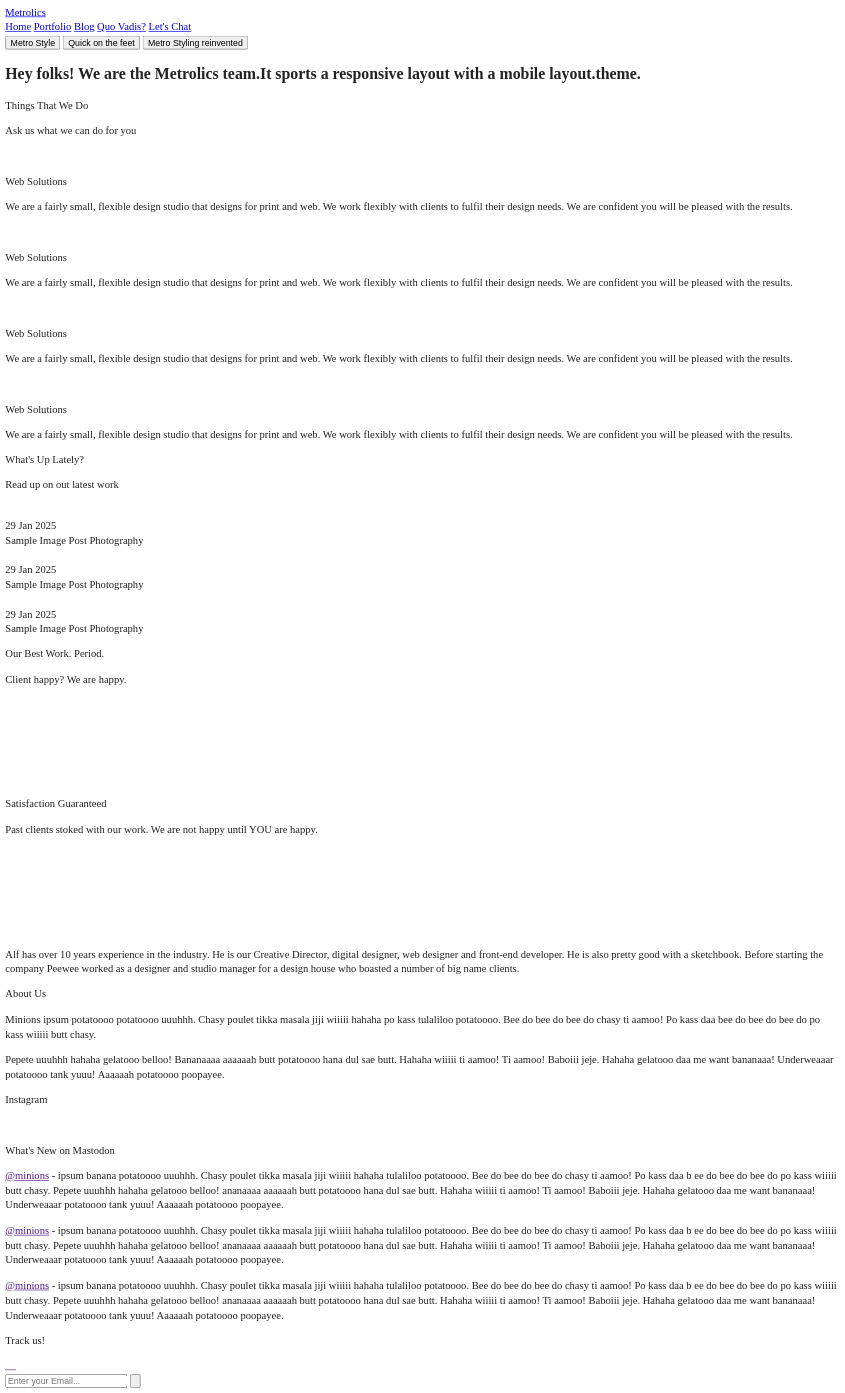
Repository: Angehyy/wk02_site
Page: index.html
These files come from the project's save history. The page is drawn as it stood at one moment and after the next save; the edit follows.
The browser window is 1280 px wide. The pictures show the whole page, at 66% of full size.

Above is the page before, as saved 2025-01-20 20:53:54.

### index.html
<!doctype html>
<html class="no-js" lang="">

<head>
  <meta charset="utf-8">
  <meta name="viewport" content="width=device-width, initial-scale=1">
  <title>Metrolics</title>
  <link rel="stylesheet" href="css/style.css">
  <meta name="description" content="Learn about Metrolics">

  <meta property="og:title" content="">
  <meta property="og:type" content="">
  <meta property="og:url" content="">
  <meta property="og:image" content="">
  <meta property="og:image:alt" content="">

  <link rel="icon" href="/favicon.ico" sizes="any">
  <link rel="icon" href="/icon.svg" type="image/svg+xml">
  <link rel="apple-touch-icon" href="icon.png">

  <link rel="manifest" href="site.webmanifest">
  <meta name="theme-color" content="#fafafa">
</head>

<body>
  <header>
    <div class="header">
      <a href="#default" class="">Metrolics</a>
      <div class="header-right">
        <a href="#home" class="header-home">Home</a>
        <a href="#portfolio" class="header-portfolio">Portfolio</a>
        <a href="#blog" class="header-blog">Blog</a>
        <a href="#quovadis" class="header-quovalids">Quo Vadis?</a>
        <a href="#chat" class="header-chat">Let's Chat</a>
      </div>
    </div>
  </header>

  <main>
    <div class="img-buttons">
      <button class="button-metro">Metro Style</button>
      <button class="button-quick">Quick on the feet</button>
      <button class="button-reinvented">Metro Styling reinvented</button>
      <img src="" alt="" class="home-banner">
    </div>

    <div class="main-text">
      <h2 class="home-main-text">Hey folks! We are the <span class="highligh">Metrolics</span> team.It sports a responsive layout with a mobile layout.theme.</h2>
    </div>

    <section class="section">
      <p class="section-header">Things That We Do</p>
      <p class="section-subheader">Ask us what we can do for you</p>
    </section>

    <div class="web-solutions-container">
      <div class="item">
        <img class="lightbulb" src="" alt="">
        <p class="lightbulb-caption">Web Solutions</p>
        <p class="lightbulb-description">We are a fairly small, flexible design studio that designs for print and web. We work flexibly with clients to fulfil their design needs. We are confident you will be pleased with the results.</p>
      </div>

      <div class="item">
        <img src="" alt="" class="camera">
        <p class="camera-caption">Web Solutions</p>
        <p class="camera-description">We are a fairly small, flexible design studio that designs for print and web. We work flexibly with clients to fulfil their design needs. We are confident you will be pleased with the results.</p>
      </div>

      <div class="item">
        <img src="" alt="" class="touch">
        <p class="touch-caption">Web Solutions</p>
        <p class="touch-description">We are a fairly small, flexible design studio that designs for print and web. We work flexibly with clients to fulfil their design needs. We are confident you will be pleased with the results.</p>
      </div>

      <div class="item">
        <img src="" alt="" class="pencil">
        <p class="pencil-caption">Web Solutions</p>
        <p class="pencil-description">We are a fairly small, flexible design studio that designs for print and web. We work flexibly with clients to fulfil their design needs. We are confident you will be pleased with the results.</p>
      </div>
    </div>

    <section class="section">
      <p class="section-header">What's Up Lately?</p>
      <p class="section-subheader">Read up on out latest work</p>
    </section>

    <div class="flex-container-2">
      <div class="event-1">
        <img src="" alt="" class="event-picture">
        <div class="event-top-right">
          <span class="date-top">29</span>
          <span class="month-bottom">Jan 2025</span>
        </div>
        <div class="event-description">
          <span class="event-bottom-header">Sample Image Post</span>
          <span class="event-bottom-subheader">Photography</span>
        </div>
      </div>
      <div class="">
        <img src="" alt="">
        <div class="event-top-right">
          <span class="date-top">29</span>
          <span class="month-bottom">Jan 2025</span>
        </div>
        <div class="event-description">
          <span class="event-bottom-header">Sample Image Post</span>
          <span class="event-bottom-subheader">Photography</span>
        </div>
      </div>
      <div class="">
        <img src="" alt="">
        <div class="event-top-right">
          <span class="date-top">29</span>
          <span class="month-bottom">Jan 2025</span>
        </div>
        <div class="event-description">
          <span class="event-bottom-header">Sample Image Post</span>
          <span class="event-bottom-subheader">Photography</span>
        </div>
      </div>
    </div>

    <section class="section">
      <p class="section-header">Our Best Work. Period.</p>
      <p class="section-subheader">Client happy? We are happy.</p>
    </section>

   <div class="gallary-container">
      <div class="gallary">
        <img src="" alt="" class="gallary">
      </div>
      <div class="gallary">
        <img src="" alt="" class="gallary">
      </div>
      <div class="gallary">
        <img src="" alt="" class="gallary">
      </div>
      <div class="gallary">
        <img src="" alt="" class="gallary">
      </div>
      <div class="gallary">
        <img src="" alt="" class="gallary">
      </div>
      <div class="gallary">
        <img src="" alt="" class="gallary">
      </div>
    </div>

    <section class="section">
      <p class="section-header">Satisfaction Guaranteed</p>
      <p class="section-subheader">Past clients stoked with our work. We are not happy until YOU are happy.</p>
    </section>

    <div class="client-container">
      <div class="client" id="kirita">
        <span class="client-rectangle">
          <img src="" alt="" class="client-logo">
        </span>
      </div>
      <div class="client" id="inkscape">
        <span class="client-rectangle">
          <img src="" alt="" class="client-logo">
        </span>
      </div>
      <div class="client" id="godot">
        <span class="client-rectangle">
          <img src="" alt="" class="client-logo">
        </span>
      </div>
      <div class="client" id="blender">
        <span class="client-rectangle">
          <img src="" alt="" class="client-logo">
        </span>
      </div>
      <div class="client" id="penpot">
        <span class="client-rectangle">
          <img src="" alt="" class="client-logo">
        </span>
      </div>
    </div>

  </main>

  <footer class="footer">
    <section class="profile">
      <span class="profile">
        <img src="" alt="" class="profile-pic">
        <p class="profile-bio">Alf has over 10 years experience in the industry. He is our Creative Director, digital designer, web designer and front-end developer. He is also pretty good with a sketchbook. Before starting the company Peewee worked as a designer and studio manager for a design house who boasted a number of big name clients.</p>
      </span>
    </section>
    <div class="about-us">
      <p class="footer-subheader">About Us</p>
      <p class="footer-text">Minions ipsum potatoooo potatoooo uuuhhh. Chasy poulet tikka masala jiji wiiiii hahaha po kass tulaliloo potatoooo. Bee do bee do bee do chasy ti aamoo! Po kass daa bee do bee do bee do po kass wiiiii butt chasy.</p>

      <p class="footer-text">Pepete uuuhhh hahaha gelatooo belloo! Bananaaaa aaaaaah butt potatoooo hana dul sae butt. Hahaha wiiiii ti aamoo! Ti aamoo! Baboiii jeje. Hahaha gelatooo daa me want bananaaa! Underweaaar potatoooo tank yuuu! Aaaaaah potatoooo poopayee. </p>
    </div>
    <div class="instagram">
      <p class="footer-subheader">Instagram</p>
      <img src="" alt="" class="insta-post">
      <img src="" alt="" class="insta-post">
      <img src="" alt="" class="insta-post">
      <img src="" alt=""class="insta-post">
      <img src="" alt=""class="insta-post">
      <img src="" alt=""class="insta-post">
      <img src="" alt=""class="insta-post">
      <img src="" alt=""class="insta-post">
    </div>

    <div class="mastodon">
      <p class="footer-subheader">What's New on Mastodon</p>
      <p class="footer-text"><a href="" class="mention">@minions</a> - ipsum banana potatoooo uuuhhh. Chasy poulet tikka masala jiji wiiiii hahaha tulaliloo potatoooo. Bee do bee do bee do chasy ti aamoo! Po kass daa b ee do bee do bee do po kass wiiiii butt chasy. Pepete uuuhhh hahaha gelatooo belloo! ananaaaa aaaaaah butt potatoooo hana dul sae butt. Hahaha wiiiii ti aamoo! Ti aamoo! Baboiii jeje. Hahaha gelatooo daa me want bananaaa! Underweaaar potatoooo tank yuuu! Aaaaaah potatoooo poopayee. </p>
      <p class="footer-text"><a href="" class="mention">@minions</a> - ipsum banana potatoooo uuuhhh. Chasy poulet tikka masala jiji wiiiii hahaha tulaliloo potatoooo. Bee do bee do bee do chasy ti aamoo! Po kass daa b ee do bee do bee do po kass wiiiii butt chasy. Pepete uuuhhh hahaha gelatooo belloo! ananaaaa aaaaaah butt potatoooo hana dul sae butt. Hahaha wiiiii ti aamoo! Ti aamoo! Baboiii jeje. Hahaha gelatooo daa me want bananaaa! Underweaaar potatoooo tank yuuu! Aaaaaah potatoooo poopayee. </p>
      <p class="footer-text"><a href="" class="mention">@minions</a> - ipsum banana potatoooo uuuhhh. Chasy poulet tikka masala jiji wiiiii hahaha tulaliloo potatoooo. Bee do bee do bee do chasy ti aamoo! Po kass daa b ee do bee do bee do po kass wiiiii butt chasy. Pepete uuuhhh hahaha gelatooo belloo! ananaaaa aaaaaah butt potatoooo hana dul sae butt. Hahaha wiiiii ti aamoo! Ti aamoo! Baboiii jeje. Hahaha gelatooo daa me want bananaaa! Underweaaar potatoooo tank yuuu! Aaaaaah potatoooo poopayee. </p>
    </div>

    <div class="track-us">
      <p class="footer-subheader">Track us!</p>
      <a href="" class="blue">
        <img src="" alt="" class="socials-icon">
      </a>
      <a href="" class="red">
        <img src="" alt="" class="socials-icon">
      </a>

      <a href="" class="light-blue">
        <img src="" alt="" class="socials-icon">
      </a>

      <a href="" class="pink">
        <img src="" alt="" class="socials-icon">
      </a>

      <a href="" class="yellow">
        <img src="" alt="" class="socials-icon">
      </a>

      <form class="email-form" method="post">
        <input class="email-textbox" type="email" id="email" placeholder="Enter your Email...">
        <button class="sumbit-button" type="submit"><img class="paper-plane" src="" alt=""></button>
      </form>
    </div>

  </footer>

  <script src="js/app.js"></script>

</body>

</html>

### css/style.css
/*! HTML5 Boilerplate v9.0.1 | MIT License | https://html5boilerplate.com/ */

/* main.css 3.0.0 | MIT License | https://github.com/h5bp/main.css#readme */
/*
 * What follows is the result of much research on cross-browser styling.
 * Credit left inline and big thanks to Nicolas Gallagher, Jonathan Neal,
 * Kroc Camen, and the H5BP dev community and team.
 */

/* ==========================================================================
   Base styles: opinionated defaults
   ========================================================================== */

html {
  color: #222;
  font-size: 1em;
  line-height: 1.4;
}

/*
 * Remove text-shadow in selection highlight:
 * https://twitter.com/miketaylr/status/12228805301
 *
 * Customize the background color to match your design.
 */

::-moz-selection {
  background: #b3d4fc;
  text-shadow: none;
}

::selection {
  background: #b3d4fc;
  text-shadow: none;
}

/*
 * A better looking default horizontal rule
 */

hr {
  display: block;
  height: 1px;
  border: 0;
  border-top: 1px solid #ccc;
  margin: 1em 0;
  padding: 0;
}

/*
 * Remove the gap between audio, canvas, iframes,
 * images, videos and the bottom of their containers:
 * https://github.com/h5bp/html5-boilerplate/issues/440
 */

audio,
canvas,
iframe,
img,
svg,
video {
  vertical-align: middle;
}

/*
 * Remove default fieldset styles.
 */

fieldset {
  border: 0;
  margin: 0;
  padding: 0;
}

/*
 * Allow only vertical resizing of textareas.
 */

textarea {
  resize: vertical;
}

/* ==========================================================================
   Author's custom styles
   ========================================================================== */

/* ==========================================================================
   Helper classes
   ========================================================================== */

/*
 * Hide visually and from screen readers
 */

.hidden,
[hidden] {
  display: none !important;
}

/*
 * Hide only visually, but have it available for screen readers:
 * https://snook.ca/archives/html_and_css/hiding-content-for-accessibility
 *
 * 1. For long content, line feeds are not interpreted as spaces and small width
 *    causes content to wrap 1 word per line:
 *    https://medium.com/@jessebeach/beware-smushed-off-screen-accessible-text-5952a4c2cbfe
 */

.visually-hidden {
  border: 0;
  clip: rect(0, 0, 0, 0);
  height: 1px;
  margin: -1px;
  overflow: hidden;
  padding: 0;
  position: absolute;
  white-space: nowrap;
  width: 1px;
  /* 1 */
}

/*
 * Extends the .visually-hidden class to allow the element
 * to be focusable when navigated to via the keyboard:
 * https://www.drupal.org/node/897638
 */

.visually-hidden.focusable:active,
.visually-hidden.focusable:focus {
  clip: auto;
  height: auto;
  margin: 0;
  overflow: visible;
  position: static;
  white-space: inherit;
  width: auto;
}

/*
 * Hide visually and from screen readers, but maintain layout
 */

.invisible {
  visibility: hidden;
}

/*
 * Clearfix: contain floats
 *
 * The use of `table` rather than `block` is only necessary if using
 * `::before` to contain the top-margins of child elements.
 */

.clearfix::before,
.clearfix::after {
  content: "";
  display: table;
}

.clearfix::after {
  clear: both;
}

/* ==========================================================================
   EXAMPLE Media Queries for Responsive Design.
   These examples override the primary ('mobile first') styles.
   Modify as content requires.
   ========================================================================== */

@media only screen and (min-width: 35em) {
  /* Style adjustments for viewports that meet the condition */
}

@media print,
  (-webkit-min-device-pixel-ratio: 1.25),
  (min-resolution: 1.25dppx),
  (min-resolution: 120dpi) {
  /* Style adjustments for high resolution devices */
}

/* ==========================================================================
   Print styles.
   Inlined to avoid the additional HTTP request:
   https://www.phpied.com/delay-loading-your-print-css/
   ========================================================================== */

@media print {
  *,
  *::before,
  *::after {
    background: #fff !important;
    color: #000 !important;
    /* Black prints faster */
    box-shadow: none !important;
    text-shadow: none !important;
  }

  a,
  a:visited {
    text-decoration: underline;
  }

  a[href]::after {
    content: " (" attr(href) ")";
  }

  abbr[title]::after {
    content: " (" attr(title) ")";
  }

  /*
   * Don't show links that are fragment identifiers,
   * or use the `javascript:` pseudo protocol
   */
  a[href^="#"]::after,
  a[href^="javascript:"]::after {
    content: "";
  }

  pre {
    white-space: pre-wrap !important;
  }

  pre,
  blockquote {
    border: 1px solid #999;
    page-break-inside: avoid;
  }

  tr,
  img {
    page-break-inside: avoid;
  }

  p,
  h2,
  h3 {
    orphans: 3;
    widows: 3;
  }

  h2,
  h3 {
    page-break-after: avoid;
  }
}

Loaded but not shown: js/app.js (no stored copy; drawn as an empty file)

After the next save:
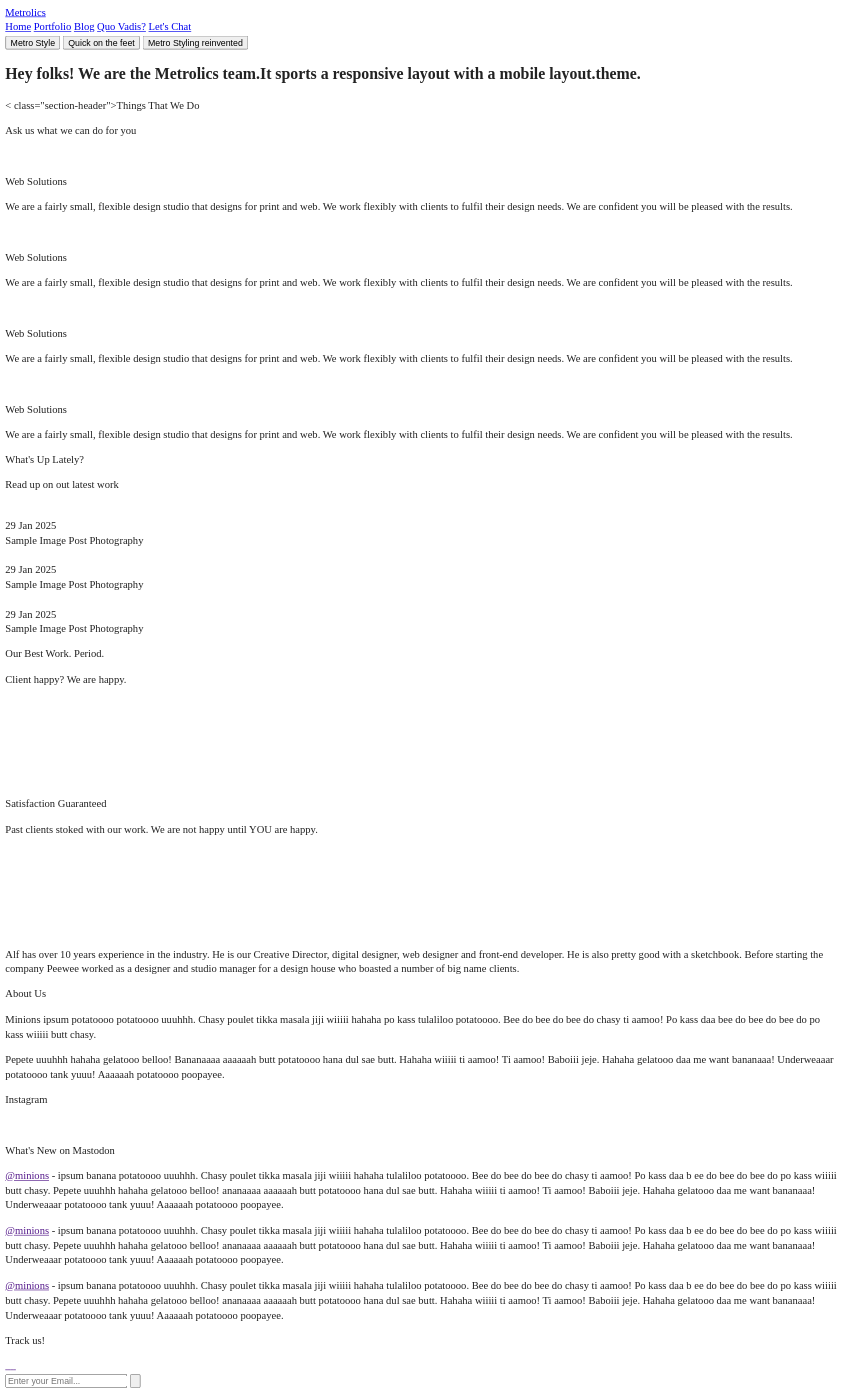
Saved 19 s later.
--- a/index.html
+++ b/index.html
@@ -49,7 +49,7 @@
     </div>
 
     <section class="section">
-      <p class="section-header">Things That We Do</p>
+      < class="section-header">Things That We Do</p>
       <p class="section-subheader">Ask us what we can do for you</p>
     </section>
 
